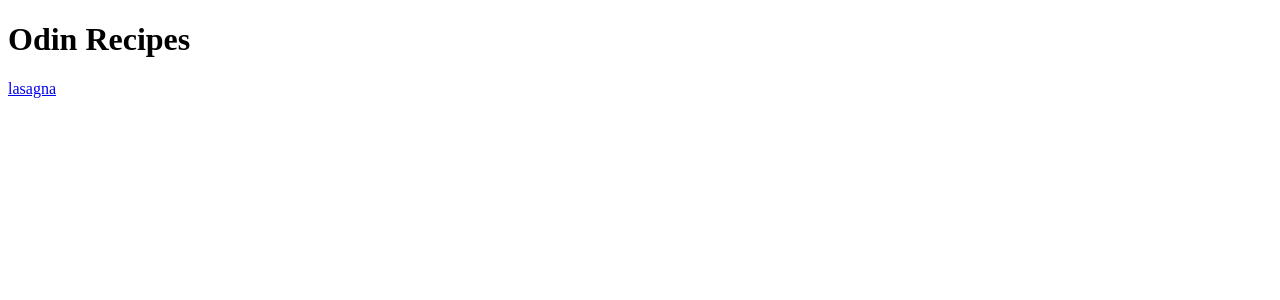
Repository: abrahamgek/PLP_week2
Page: repos/odin-recipes/index.html
These files come from the project's save history. The page is drawn as it stood at one moment and after the next save; the edit follows.
The browser window is 1280 px wide. The pictures show the whole page.

Above is the page before, as saved 2024-01-14 12:45:25.

After the next save:
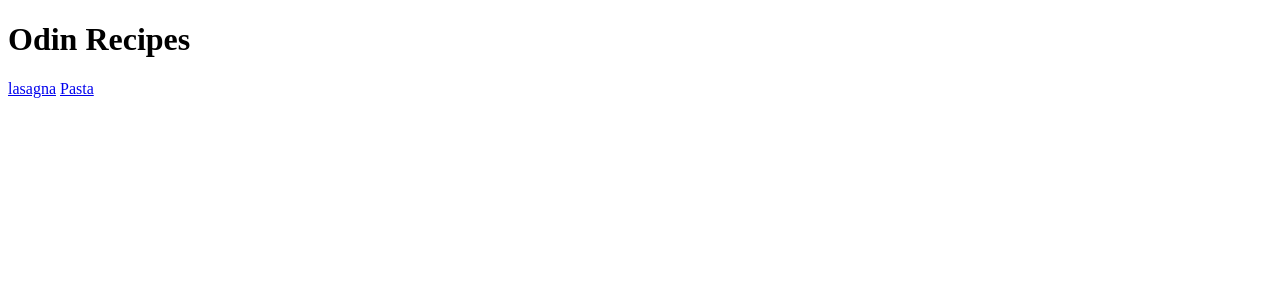
Saved 7 min 40 s later.
--- a/repos/odin-recipes/index.html
+++ b/repos/odin-recipes/index.html
@@ -8,5 +8,7 @@
 <body>
     <h1>Odin Recipes</h1>
     <a href="recipes/lasagna.html">lasagna</a>
+    <a href="recipes/Pasta.html">Pasta</a>
+    <a href=""></a>
 </body>
 </html>
